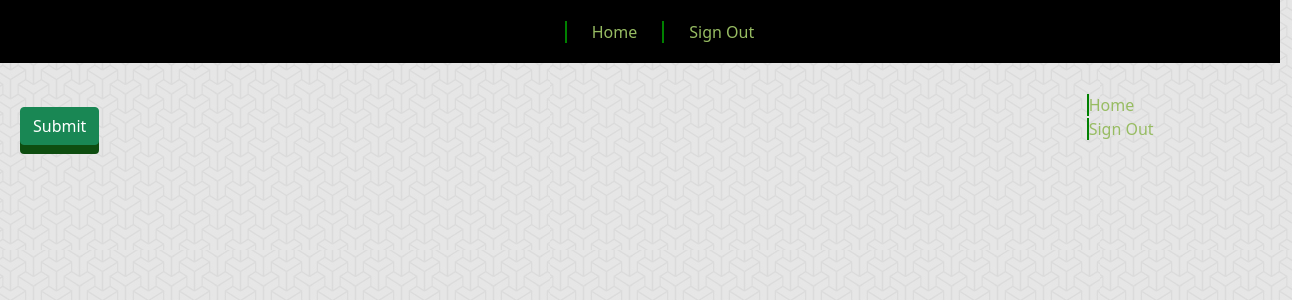
Repository: kavine24/CS490-Python-LMS
Page: html/portal/s/TakeQuiz.html
An editor plug-in stored every save of this project. The page is shown before and after the next save, followed by the edit.
The browser window is 1280 px wide. The page is 1292 px wide, so the pictures cover 1292 px, including what lies to the right of the window. The pictures show the whole page.
The page's requests for data from a server got no answer.

Above is the page before, as saved 2022-04-20 18:39:25.

### html/portal/s/TakeQuiz.html
<!DOCTYPE html>
<html>
  <head>
    <title>Take Exam</title>
    <link rel="stylesheet" href="/style.css">

    <link href="https://cdn.jsdelivr.net/npm/bootstrap@5.1.3/dist/css/bootstrap.min.css" rel="stylesheet" integrity="sha384-1BmE4kWBq78iYhFldvKuhfTAU6auU8tT94WrHftjDbrCEXSU1oBoqyl2QvZ6jIW3" crossorigin="anonymous">
  </head>
  <body>
    <header class="mainHeader">
      <h1 id="header" class="header"></h1>
      <ul class="navLIST">
        <li><a href="http://cs490testcenter.ddns.net:50000/portal/s/Home.php">Home</a></li>
        <li><a href="http://cs490testcenter.ddns.net:50000">Sign Out</a></li>
      </ul>
      <br>
    </header>
    <div class="row">
      <div id="testForm" class="col-10">
        <form id="takeExamForm"onsubmit="submitForm()">
            <br>
            <input id="submit" type="submit" placeholder="Submit" class="btn btn-success submit"></input>
        </form>
      </div>
      <div id="legend" class="col-2 legend">
        <ul id="legendUL" class="nav flex-column">
          <li><a href="http://cs490testcenter.ddns.net:50000/portal/s/Home.php">Home</a></li>
          <li><a href="http://cs490testcenter.ddns.net:50000">Sign Out</a></li>
        </ul>
      </div>
    </div>
    <script>
      const inputs = [];

      const urlParams = new URLSearchParams(window.location.search);
      var requestType = 'GetExamFTM';
      const examID = urlParams.get('examID');

      const form = document.getElementById("takeExamForm");
      function handleForm(event) { event.preventDefault(); }
      form.addEventListener('submit', handleForm);

      function displayExams(){
        const data = {examID, requestType};

        const options = {
          method:'POST',
          headers: {
              "Content-type": "application/json; charset=UTF-8"
          },
          body: JSON.stringify(data)
        };

        fetch('http://cs490testcenter.ddns.net:50000/portal/frontBrowser.php', options)
        .then(response => {
          return response.json();
        })
        .then(data => {
          console.log(data);
          const header = document.getElementById("header");
          header.appendChild(document.createTextNode(data[0].examName));

          header.appendChild(document.createTextNode(" Total Points: " + data[0].totalPoints));
          header.appendChild(document.createElement("br"));
          header.setAttribute("class", "header");

          for(let i = 1; i < data.length; i++){
            const div = document.createElement("div");

            const question = document.createElement("label");
            question.setAttribute("class", "container");
            question.appendChild(document.createTextNode("Question " + i));
            question.appendChild(document.createElement("br"));

            question.appendChild(document.createTextNode("Points: " + data[i].points));
            question.appendChild(document.createElement("br"));

            question.appendChild(document.createTextNode("Type: " + data[i].type));
            question.appendChild(document.createElement("br"));

            question.appendChild(document.createTextNode("Difficulty: " + data[i].difficulty));
            question.appendChild(document.createElement("br"));

            question.appendChild(document.createTextNode("Question: " + data[i].question));
            question.appendChild(document.createElement("br"));

            input = document.createElement("textarea")
            input.setAttribute("rows", "15");
            input.setAttribute("cols", "95");
            input.setAttribute("required", true);
            input.addEventListener('keydown', function(e) {
              if (e.key == 'Tab') {
                e.preventDefault();
                var start = this.selectionStart;
                var end = this.selectionEnd;
                this.value = this.value.substring(0, start) +
                "\t" + this.value.substring(end);
                this.selectionStart = this.selectionEnd = start + 1;
              }
            });

            question.appendChild(document.createElement("br"));
            question.appendChild(input);

            div.appendChild(question);

            const questionandID = {
              questionID: data[i].questionID,
              question: question
            };
            inputs.push(questionandID);

            //+++++++++++++++++++++++++++++++++++++++++++++++++++
            const legend = document.getElementById("legendUL");
            const legendEntry = document.createElement("li");
            legendEntry.setAttribute("class", "nav-item");

            const link = document.createElement("a");
            link.setAttribute("class", "nav-link");
            link.setAttribute("href", "#");
            link.setAttribute("onclick", "swapQuestion("+(i-1)+")");

            legendEntry.appendChild(link);
            legend.appendChild(legendEntry);
          }
        })
        .catch((error) => {
          console.error('Error:', error);
        });

      };
      function swapQuestion(qNum){
        // document.getElementById("takeExamForm").insertBefore(div, document.getElementById("submit"));
        // document.getElementById("takeExamForm").insertBefore(document.createElement("br"), document.getElementById("submit"));
        // document.getElementById("takeExamForm").insertBefore(document.createElement("br"), document.getElementById("submit"));
      }
      function submitForm(){
        const inputsFormatted = [];
        for(let i = 0; i<inputs.length; i++){
          inputFormatted = {
            questionID: inputs[i].questionID,
            answer: inputs[i].question.lastElementChild.value
          }
          inputsFormatted.push(inputFormatted);
        }

        requestType = "SubmitExamFTM"
        const data = {examID, inputsFormatted, requestType};

        const options = {
          method:'POST',
          headers: {
              "Content-type": "application/json; charset=UTF-8"
          },
          body: JSON.stringify(data)
        };

        fetch('http://cs490testcenter.ddns.net:50000/portal/frontBrowser.php', options)
        .then(response => {
          return response.json();
        })
        .then(data => {
          if(data.didWork == 1){
            location.assign('http://cs490testcenter.ddns.net:50000/portal/s/Home.php');
          }
        })
        .catch((error) => {
          console.error('Error:', error);
        });
      }
      displayExams();
    </script>

  </body>
</html>

### html/style.css
body {
  background-image: url(portal/pictures/background.jpg);
}

.header {
  color: #97BC62FF;
  background-color: black;
  padding: 14px 16px;
  margin-top: 0px;
}

.submit, .userSubmit, .examTakeButtons, .examReviewButtons {
  padding: 10px 10px;
  margin: 0px 0px 15px 0px;
  font-size: 20px;
  cursor: pointer;
  text-decoration: none;
  outline: none;
  color: #fff;
  background-color: #4CAF50;
  border: none;
  border-radius: 12px;
  box-shadow: 0 9px #0e4d10;
}

.submit:hover, .userSubmit:hover {
  background-color: #215f23;
  box-shadow: 0 9px #1f9923;
}

.submit:active, .userSubmit:active {
  box-shadow: 0 5px #1C7F20;
  transform: translateY(4px)
}

.panel-heading, .panel-title {
  border-color: #4CAF50 !important;
  background-color: #0e4d10 !important;
}

/* .panel-title th {
  border-color: #1f9923;
  background-color: #1C7F20;
} */

.btn-primary {
  background-color: #0e4d10 !important;
  border-color: #4CAF50 !important;
}

.btn-success {
  background-color: #198754 !important;
  border-color: #198754 !important;
}

#submit {
  margin: 20px 20px;
}

#goBackHome {
  margin: 20px 15px;
}

.filterable {
  margin-top: 15px;
}

.filterable .panel-heading .pull-right {
  margin-top: -20px;
}

.filterable .filters input[disabled] {
  background-color: transparent;
  border: none;
  cursor: auto;
  box-shadow: none;
  padding: 0;
  height: auto;
}
.filterable .filters input[disabled]::-webkit-input-placeholder {
  color: #333;
}
.filterable .filters input[disabled]::-moz-placeholder {
  color: #333;
}
.filterable .filters input[disabled]:-ms-input-placeholder {
  color: #333;
}

.container {
  background-color: #a2a2a2;
  background-image: url(portal/pictures/divimage.jpg);
  padding: 14px 16px;
}

.mainHeader {
  background-color: black;
  max-height: 70px;
  display: flex;
  flex-direction: row;
  align-items: center;
  flex-shrink: 0;
  justify-content: center;
  top: 0;
  width: 100%;
  border-bottom: solid 3px black;
}

.navLIST {
  margin-top: 20px;
  display: flex;
}

.navLIST li {
  display: inline-block;
  margin-left: 0;
  color: #97BC62FF;
}

.navLIST li a {
  background-color: black;
  text-decoration: none;
  border-left: 2px solid green;
  color: #97BC62FF;
  padding: 0px 25px;
}

.navLIST li a:hover {
  background-color: black;
  color: #00ff08;
  text-decoration: underline;
}

.legend {
  margin: 30px 0px 0px !important;
}

.legend li a {
  text-decoration: none;
  border-left: 2px solid green;
  color: #97BC62FF;
}

.legend li a:hover {
  background-color: black;
  color: #00ff08;
  text-decoration: underline;
}

/* body {
  background-image: url(portal/pictures/background.jpg);
  text-align: center;
  margin: auto;
}

#indexLog, h1 {
  color: #97BC62FF;
  margin: 0;
  overflow: hidden;
  background-color: black;
  padding: 14px 16px;
  text-align: center;
}

.forms {
  text-align: center;
  display: inline-block;
  overflow-wrap: break-word;
}

.credentialStyle {
  color: #97BC62FF;
  margin: 0;
  padding: 0px 0px 20px;
  font-size: 20px;
  text-shadow: .5px .5px 0 #000;
}

.submit, .userSubmit, .examTakeButtons, .examReviewButtons {
  display: inline-block;
  padding: 15px 25px;
  font-size: 24px;
  cursor: pointer;
  text-align: center;
  text-decoration: none;
  outline: none;
  color: #fff;
  background-color: #4CAF50;
  border: none;
  border-radius: 12px;
  box-shadow: 0 9px #1C7F20;
  margin: 10px 0px;
}

.submit:hover, .userSubmit:hover {
  background-color: #3e8e41;
  box-shadow: 0 9px #1C7F20;
}

.submit:active, .userSubmit:active {
  box-shadow: 0 5px #1C7F20;
  transform: translateY(4px)
}

#createQuestionForm {
  padding: 10px;
  text-align: center;
}

div {
  border-radius: 5px;
  background-color: #a2a2a2;
  background-image: url(portal/pictures/divimage.jpg);
  padding: 20px;
  text-align: center;
  display: inline-block;
  max-width: 750px;
}

.centered {
  position: absolute;
  top: 50%;
  left: 50%;
  transform: translate(-50%, -50%);
  text-align: center;
  display: inline-block;
}

.centeredsearch {
  position: absolute;
  top: 15%;
  left: 50%;
  transform: translate(-50%, -50%);
  text-align: center;
  display: inline-block;
}

.left {
  left: 0;
  display: inline-block;
}


.right {
  right: 0;
  display: inline-block;
}

.split {
  height: 100%;
  width: 50%;
  position: absolute;
}
table , th, td{
  border: 1px solid;
  width: 100%;
} */

After the next save:
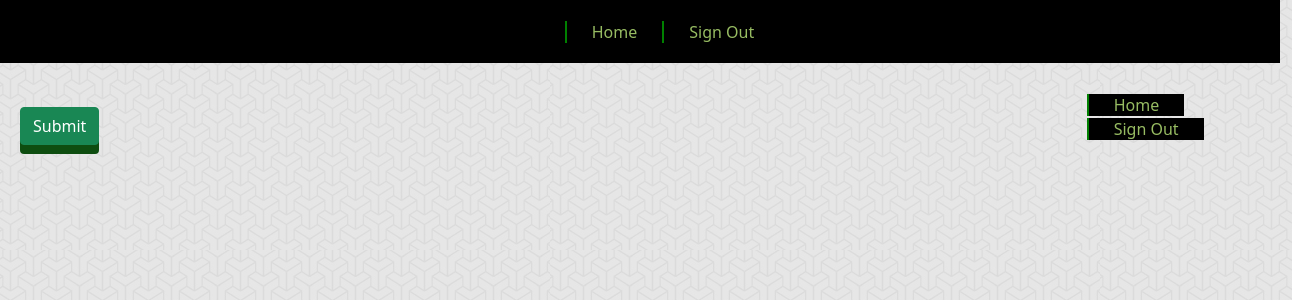
Saved 25 s later.
--- a/html/style.css
+++ b/html/style.css
@@ -136,9 +136,11 @@ body {
 }
 
 .legend li a {
+  background-color: black;
   text-decoration: none;
   border-left: 2px solid green;
   color: #97BC62FF;
+  padding: 0px 25px;
 }
 
 .legend li a:hover {
